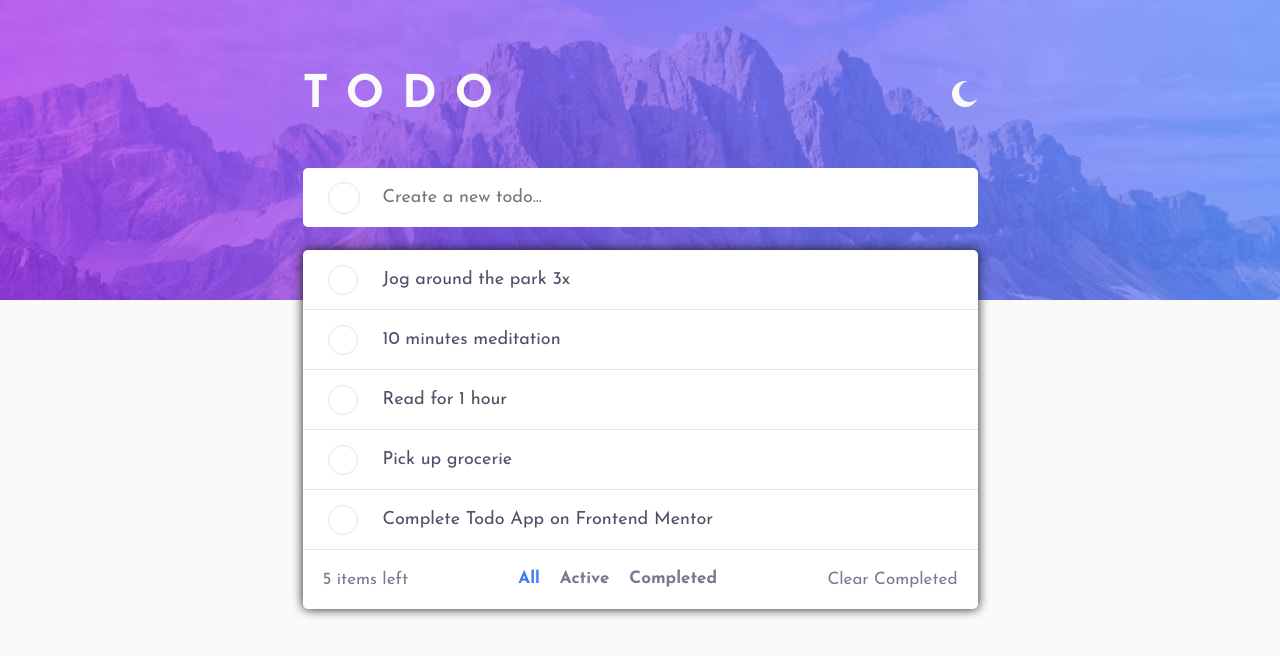
Repository: tomas938/todo-app
Page: /
The author's editor kept a copy of each file at every save. The page is drawn from the files as they stood at one save, then again after the next save.
The browser window is 1280 px wide. The pictures show the whole page.
The project was rebuilt for these pictures with package versions that can differ from the ones it lists, and the page was loaded fresh each time.

Above is the page before, as saved 2021-08-18 13:47:54.

After the next save:
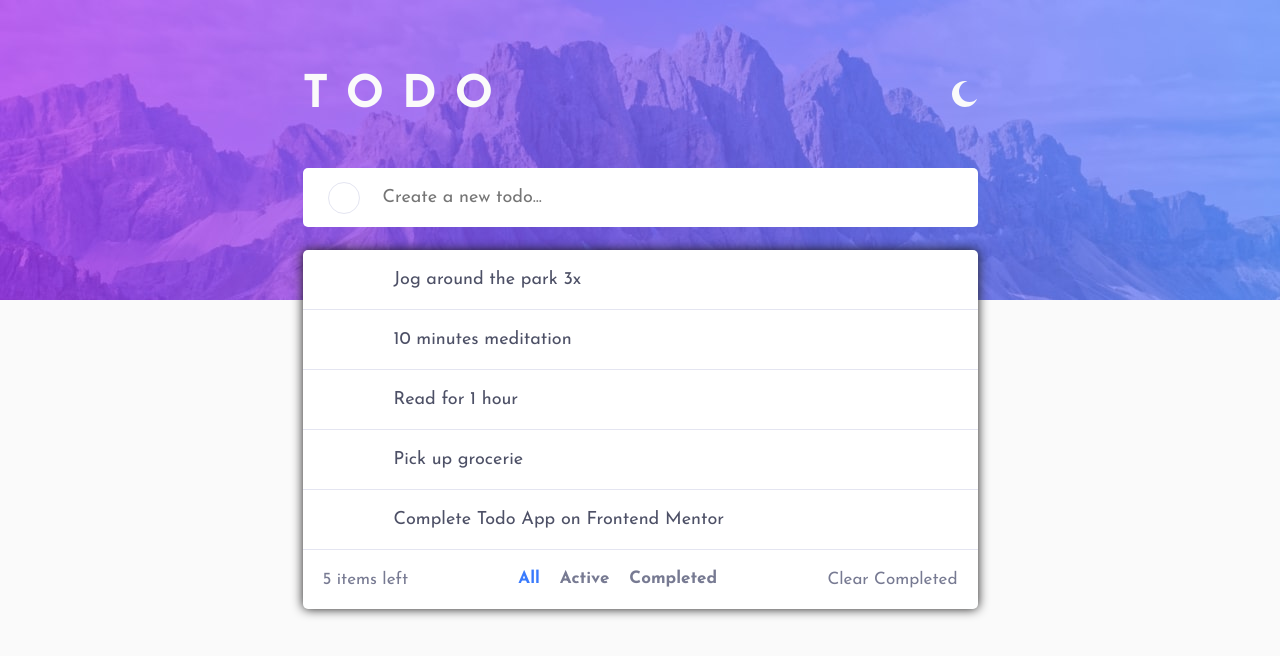
Saved 80 s later.
--- a/src/components/Todos.vue
+++ b/src/components/Todos.vue
@@ -2,7 +2,8 @@
 	<main>
 		<ul class="todos">
 			<li v-for="(todo, index) in todos" :key="index" class="todo-item">
-				<div class="todo-status"></div>
+				<img src="/src/assets/icon-check.svg" alt="" />
+				<!-- <div class="todo-status"></div> -->
 				<span>{{ todo }}</span>
 			</li>
 			<div class="filters">

After the save that followed:
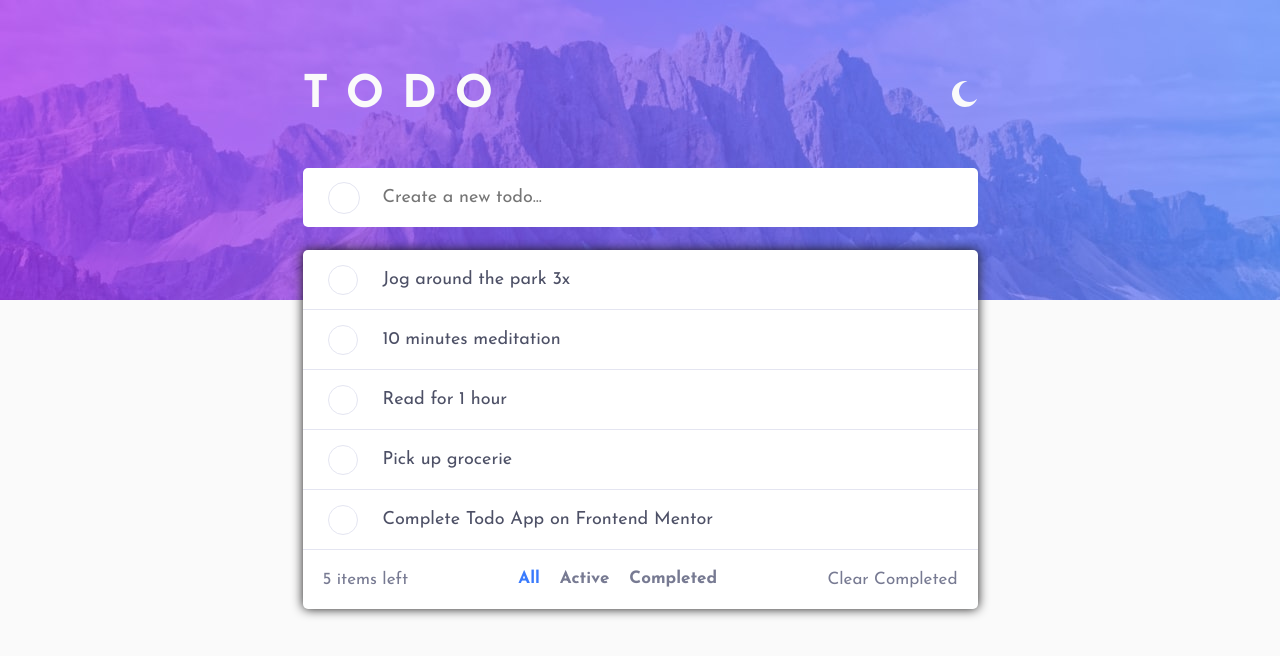
Saved 6 s later.
--- a/src/components/Todos.vue
+++ b/src/components/Todos.vue
@@ -2,7 +2,7 @@
 	<main>
 		<ul class="todos">
 			<li v-for="(todo, index) in todos" :key="index" class="todo-item">
-				<img src="/src/assets/icon-check.svg" alt="" />
+				<img class="todo-status" src="/src/assets/icon-check.svg" alt="" />
 				<!-- <div class="todo-status"></div> -->
 				<span>{{ todo }}</span>
 			</li>
